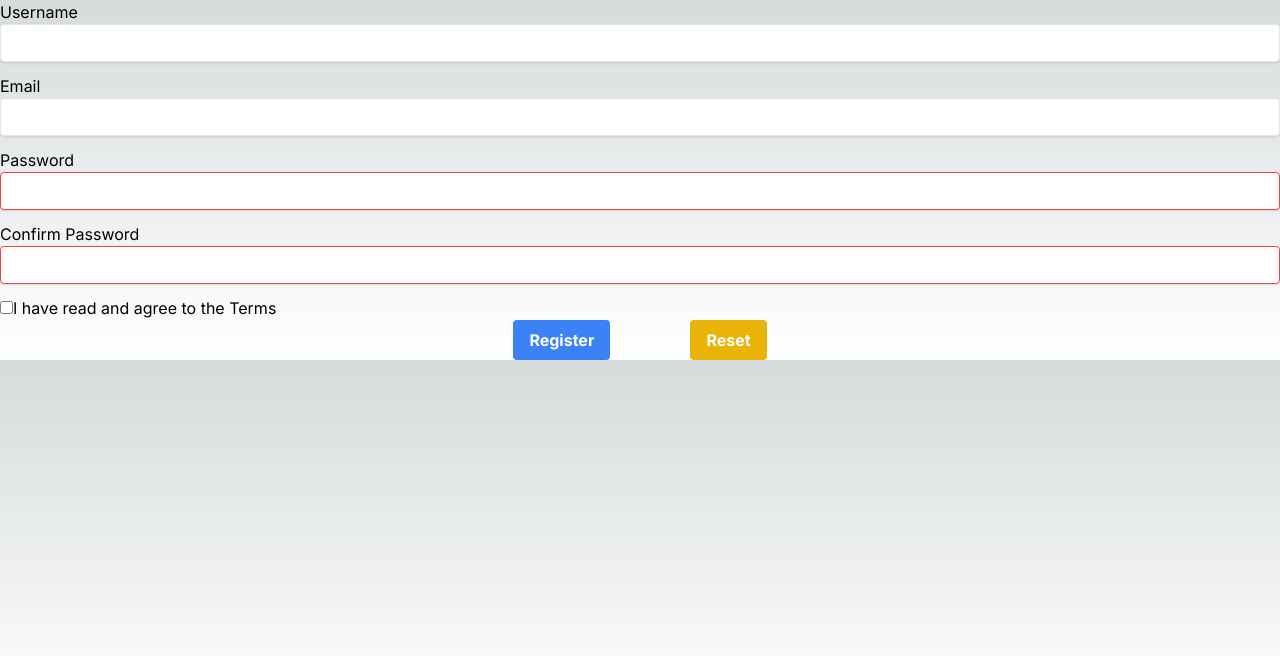
Repository: uh-sman/tiktok-card
Page: /
An editor plug-in stored every save of this project. The page is shown before and after the next save, followed by the edit.
The browser window is 1280 px wide. The pictures show the whole page.
The project was rebuilt for these pictures with package versions that can differ from the ones it lists, and the page was loaded fresh each time. The framework's server and built-in components were replaced by stand-ins that run in the browser. Also part of the build but not shown: next.config.js.

Above is the page before, as saved 2023-12-19 13:56:53.

After the next save:
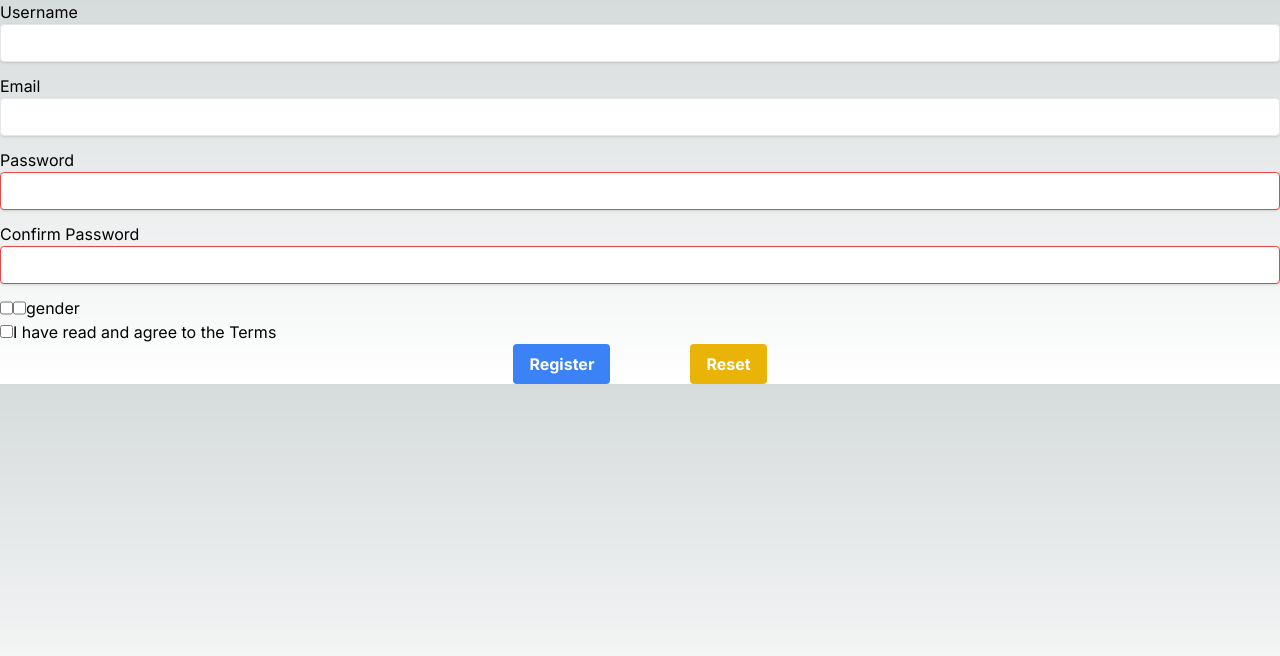
Saved 2 min 11 s later.
--- a/app/components/AuthForm.tsx
+++ b/app/components/AuthForm.tsx
@@ -7,6 +7,8 @@ type UserSubmitForm = {
     password: string;
     confirmPassword: string;
     acceptTerms: boolean;
+    male:boolean;
+    female:boolean;
   };
 const AuthForm: React.FC = () => {
     const {register,handleSubmit, reset} = useForm<UserSubmitForm>()
@@ -59,6 +61,21 @@ const AuthForm: React.FC = () => {
             </div>
           </div>
 
+          <div className="flex ">
+            <input
+              type="checkbox"
+              {...register('male')}
+            />
+            <input
+              type="checkbox"
+              {...register('female')}
+            />
+            <label htmlFor="gender" className="form-check-label">
+              gender
+            </label>
+            <div className="invalid-feedback">
+                </div>
+          </div>
           <div className="">
             <input
               type="checkbox"
